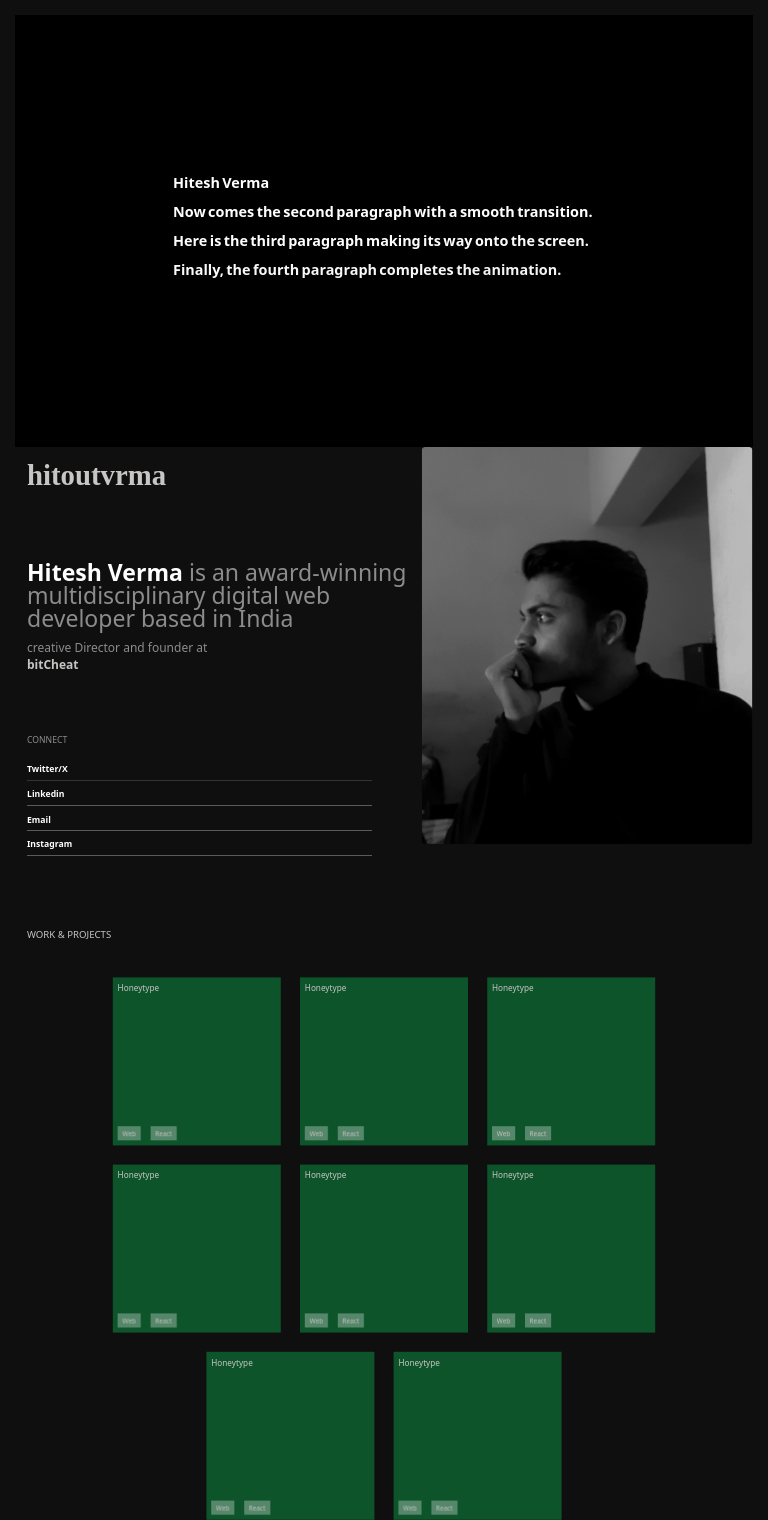
Repository: hitoutvrma/portfolio
Page: /
An editor plug-in stored every save of this project. The page is shown before and after the next save, followed by the edit.
The browser window is 1280 px wide. The pictures show the whole page, at 60% of full size.
The project was rebuilt for these pictures with package versions that can differ from the ones it lists, and the page was loaded fresh each time. Also part of the build but not shown: vite.config.js.

Above is the page before, as saved 2025-03-08 11:19:58.

### src/index.css
@import "tailwindcss";
body{
    background-color: #0f0f0f;
    color: #c8c6c4;
    padding: 25px;
}

### src/App.jsx
import React from 'react'
import Front from './Components/Front'
import Work from './Components/Work'
import AnimatedParagraph from './Components/AnimatedParagraph'

function App() {
  return (
    <div className=''>
      <AnimatedParagraph/>
      <Front/>
      <Work/>
    </div>
  )
}

export default App

### src/Components/Front.jsx
import React from 'react'
import {animate, hover, motion} from 'framer-motion'
import AnimatedParagraph from './AnimatedParagraph'
function Front() {
  return (
    <div className='sm:h-screen md:h-screen'>
    <div className="sm:flex">
      <div className='hero sm:p-5 sm:text-[3vw] text-[8vw]  sm:w-[53vw]'>
      <logo className='text-4xl sm:text-5xl font-semibold font-[serif]'>hitoutvrma</logo>
        <p className='mt-28 leading-none text-[#8c8c8c]'><span className='text-white font-semibold'>Hitesh Verma</span> is an award-winning multidisciplinary digital web developer based in India</p>

        <div className='text-xl pt-4'>
          <p className='text-[#8c8c8c]'>creative Director and founder at </p>
          <p className='font-semibold'>bitCheat</p>
          {/* <AnimatedParagraph/> */}
        </div>
        <motion.div initial={{opacity:0.1, scaleY:0.5}} animate={{opacity:1, scaleY:1}} transition={{duration:1}} className=' flex sm:text-[2vh] sm:pb-0 pb-12 text-[1.8vh]  sm:pt-25 pt-28 flex-col sm:gap-3 gap-1'>
          <p className='text-[#8c8c8c] pb-4 text-[1.6vh]  sm:text-[2vh]'>CONNECT</p>
          <motion.div
        className="relative w-[90%]  font-bold text-white text-md cursor-pointer"
        initial="initial"
        whileHover="hover"
      >
        <p className='pb-2'>Twitter/X</p>

        {/* Static Gray Line */}
        <div className="absolute left-0 bottom-0 w-full    h-[0.1vh] bg-[#4c4c4c]"></div>

        {/* Animated Green Line */}
        <motion.div
          className="absolute left-0 bottom-0 h-[2px] bg-green-400"
          variants={{
            initial: { width: "0%" },
            hover: { width: "100%" },
            exit: {width: "0%"}
          }}
          transition={{hover: { duration: 2, ease: "easeInOut" },
          exit: { duration: 0.01 } }}
        />
      </motion.div>

      <motion.div
        className="relative w-[90%]  font-bold text-white text-md cursor-pointer"
        initial="initial"
        whileHover="hover"
      >
        <p className='pb-2'>Linkedin</p>

        {/* Static Gray Line */}
        <div className="absolute left-0 bottom-0 w-full    h-[0.1vh] bg-[#8c8c8c]"></div>

        {/* Animated Green Line */}
        <motion.div
          className="absolute left-0 bottom-0 h-[2px] bg-green-400"
          variants={{
            initial: { width: "0%" },
            hover: { width: "100%" },
            exit: {width: "0%"}
          }}
          transition={{hover: { duration: 2, ease: "easeInOut" },
          exit: { duration: 0.01 } }}
        />
      </motion.div>

      <motion.div
        className="relative w-[90%]  font-bold text-white text-md cursor-pointer"
        initial="initial"
        whileHover="hover"
      >
        <p className='pb-2'>Email</p>

        {/* Static Gray Line */}
        <div className="absolute left-0 bottom-0 w-full    h-[0.1vh] bg-[#8c8c8c]"></div>

        {/* Animated Green Line */}
        <motion.div
          className="absolute left-0 bottom-0 h-[2px] bg-green-400"
          variants={{
            initial: { width: "0%" },
            hover: { width: "100%" },
            exit: {width: "0%"}
          }}
          transition={{hover: { duration: 2, ease: "easeInOut" },
          exit: { duration: 0.01 } }}
        />
      </motion.div>

      <motion.div
        className="relative w-[90%]  font-bold text-white text-md cursor-pointer"
        initial="initial"
        whileHover="hover"
      >
        <p className='pb-2'>Instagram</p>

        {/* Static Gray Line */}
        <div className="absolute left-0 bottom-0 w-full    h-[0.1vh] bg-[#8c8c8c]"></div>

        {/* Animated Green Line */}
        <motion.div
          className="absolute left-0 bottom-0 h-[2px] bg-green-400"
          variants={{
            initial: { width: "0%" },
            hover: { width: "100%" },
            exit: {width: "0%"}
          }}
          transition={{hover: { duration: 2, ease: "easeInOut" },
          exit: { duration: 0.01 } }}
        />
      </motion.div>
        </motion.div>
        </div>
        <motion.div initial={{scale:0.6}} transition={{duration:1.5, delay:1}} animate={{scale:1}} style={{ backgroundImage: "url('/user.jpg')" }} className='bg-cover sm:bg-[center_top_60%] bg-[center_top_80%] w-[95%] h-[50vh] sm:w-[43vw] sm:h-[92vh]  bg-[#3a3a3a] rounded-md'>
        </motion.div>
      </div>
        </div>
  )
}

export default Front

### src/Components/Work.jsx
import React from 'react'
import Card from './Card'

function Work() {
  return (
    <div className='h-screen sm:p-5 '>
      <div className='pt-15  pb-15'><p>WORK & PROJECTS</p></div>
      <div className='flex flex-wrap items-center justify-center gap-8'>
        <Card/>
        <Card/>
        <Card/>
        <Card/>
        <Card/>
        <Card/>
        <Card/>
        <Card/>
      </div>
    </div>
  )
}

export default Work

### src/Components/AnimatedParagraph.jsx
import { motion } from "framer-motion";

export default function AnimatedParagraph() {
  const paragraphs = [
    "Hitesh Verma",
    "Now comes the second paragraph with a smooth transition.",
    "Here is the third paragraph making its way onto the screen.",
    "Finally, the fourth paragraph completes the animation."
  ];

  return (
    <div className="flex justify-center items-center h-screen bg-black text-white p-10 flex-col">
      <motion.div
        initial="hidden"
        animate="visible"
        variants={{
          visible: { transition: { staggerChildren: 0.5 } }, // Each paragraph appears one after another
        }}
      >
        {paragraphs.map((text, i) => (
          <motion.p
            key={i}
            className="text-2xl font-semibold mb-4"
            variants={{
              hidden: {},
              visible: { transition: { staggerChildren: 0.05 } }, // Words inside appear with delay
            }}
          >
            {text.split(" ").map((word, index) => (
              <motion.span
                key={index}
                className="mr-1 inline-block"
                variants={{
                  hidden: { opacity: 0.05,x:-4 },
                  visible: { opacity: 1,x:0 },
                }}
                transition={{ duration: 5 }}
              >
                {word}
              </motion.span>
            ))}
          </motion.p>
        ))}
      </motion.div>
    </div>
  );
}

### src/Components/Card.jsx
function Card() {
  return (
    <div className="bg-green-900 relative h-90 sm:h-70 sm:w-70 w-90 card">
            <h1 className='p-2 text-[1.9vh]'>Honeytype</h1>
            <footer className='bottom-0  absolute'>
                <button className='m-2 px-2 py-1 backdrop-blur-xl bg-white/30   text-[1.5vh] '>Web</button>
                <button className='m-2 px-2 py-1 backdrop-blur-xl bg-white/30  text-[1.5vh] '>React</button>
                </footer>
        </div>
  )
}

export default Card

Loaded but not shown: index.html (common file); src/main.jsx (common file)

After the next save:
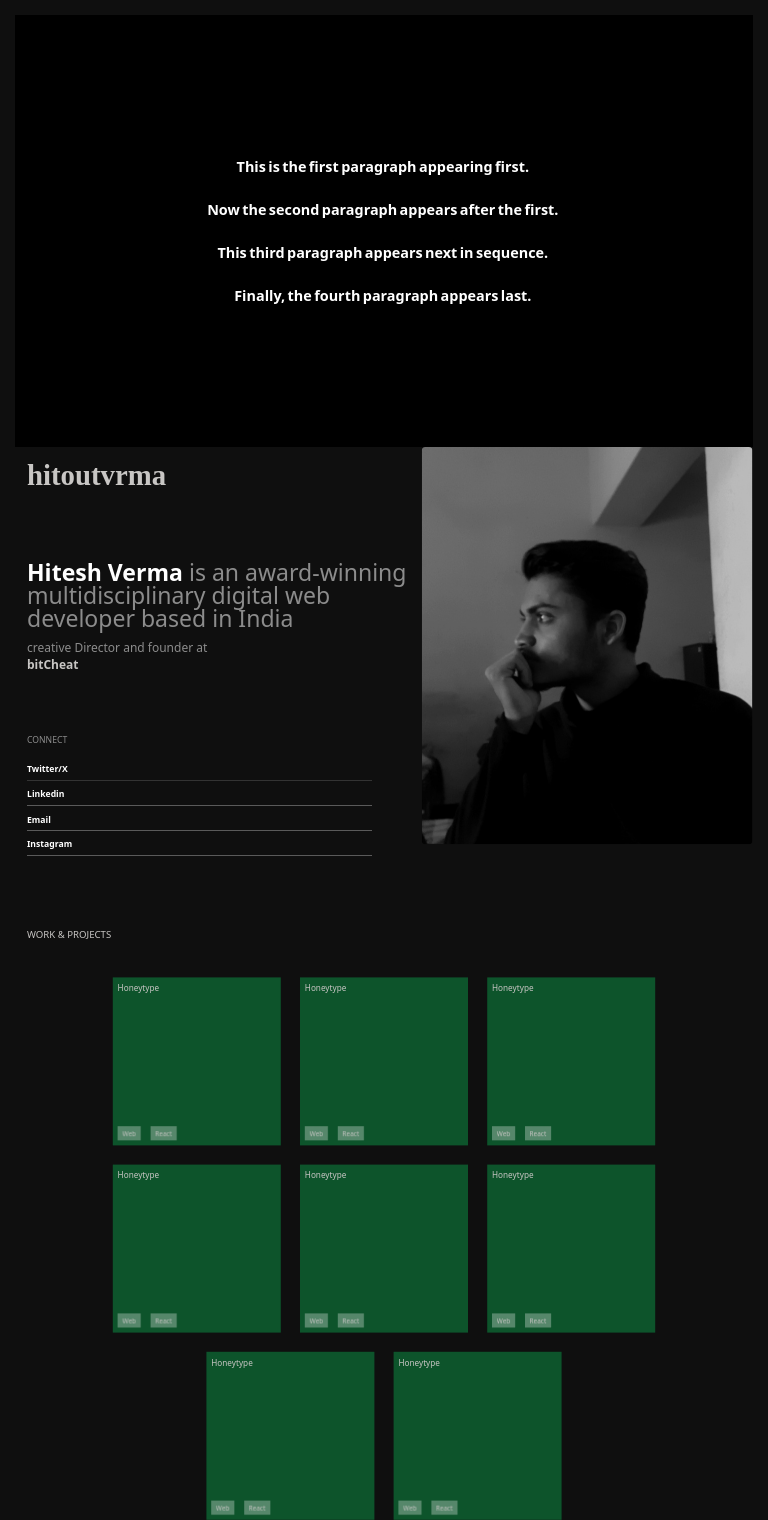
Saved 5 min 38 s later.
--- a/src/Components/AnimatedParagraph.jsx
+++ b/src/Components/AnimatedParagraph.jsx
@@ -1,47 +1,76 @@
 import { motion } from "framer-motion";
 
-export default function AnimatedParagraph() {
-  const paragraphs = [
-    "Hitesh Verma",
-    "Now comes the second paragraph with a smooth transition.",
-    "Here is the third paragraph making its way onto the screen.",
-    "Finally, the fourth paragraph completes the animation."
-  ];
-
+export default function AnimatedParagraphs() {
   return (
-    <div className="flex justify-center items-center h-screen bg-black text-white p-10 flex-col">
-      <motion.div
+    <div className="h-screen bg-black text-white flex flex-col items-center justify-center space-y-10 p-10">
+      {/* First Paragraph */}
+      <motion.p
+        className="text-2xl font-semibold first-para"
         initial="hidden"
         animate="visible"
         variants={{
-          visible: { transition: { staggerChildren: 0.5 } }, // Each paragraph appears one after another
+          hidden: { opacity: 0, y: 20 },
+          visible: { opacity: 1, y: 0, transition: { delay: 0 } }, // First appears immediately
         }}
       >
-        {paragraphs.map((text, i) => (
-          <motion.p
-            key={i}
-            className="text-2xl font-semibold mb-4"
-            variants={{
-              hidden: {},
-              visible: { transition: { staggerChildren: 0.05 } }, // Words inside appear with delay
-            }}
-          >
-            {text.split(" ").map((word, index) => (
-              <motion.span
-                key={index}
-                className="mr-1 inline-block"
-                variants={{
-                  hidden: { opacity: 0.05,x:-4 },
-                  visible: { opacity: 1,x:0 },
-                }}
-                transition={{ duration: 5 }}
-              >
-                {word}
-              </motion.span>
-            ))}
-          </motion.p>
-        ))}
-      </motion.div>
+        {splitText("This is the first paragraph appearing first.")}
+      </motion.p>
+
+      {/* Second Paragraph */}
+      <motion.p
+        className="text-2xl font-semibold second-para"
+        initial="hidden"
+        animate="visible"
+        variants={{
+          hidden: { opacity: 0, y: 20 },
+          visible: { opacity: 1, y: 0, transition: { delay: 1 } }, // Appears after first
+        }}
+      >
+        {splitText("Now the second paragraph appears after the first.")}
+      </motion.p>
+
+      {/* Third Paragraph (Appears Third) */}
+      <motion.p
+        className="text-2xl font-semibold third-para"
+        initial="hidden"
+        animate="visible"
+        variants={{
+          hidden: { opacity: 0, y: 20 },
+          visible: { opacity: 1, y: 0, transition: { delay: 2 } }, // Appears after second
+        }}
+      >
+        {splitText("This third paragraph appears next in sequence.")}
+      </motion.p>
+
+      {/* Fourth Paragraph (Appears Fourth) */}
+      <motion.p
+        className="text-2xl font-semibold fourth-para"
+        initial="hidden"
+        animate="visible"
+        variants={{
+          hidden: { opacity: 0, y: 20 },
+          visible: { opacity: 1, y: 0, transition: { delay: 3 } }, // Appears last
+        }}
+      >
+        {splitText("Finally, the fourth paragraph appears last.")}
+      </motion.p>
     </div>
   );
 }
+
+// Function to split text into animated words
+const splitText = (text) => {
+  return text.split(" ").map((word, index) => (
+    <motion.span
+      key={index}
+      className="mr-1 inline-block"
+      variants={{
+        hidden: { opacity: 0.05, y: 15 },
+        visible: { opacity: 1, y: 0 },
+      }}
+      transition={{ duration: 0.4, delay: index * 0.05 }}
+    >
+      {word}
+    </motion.span>
+  ));
+};

After the save that followed:
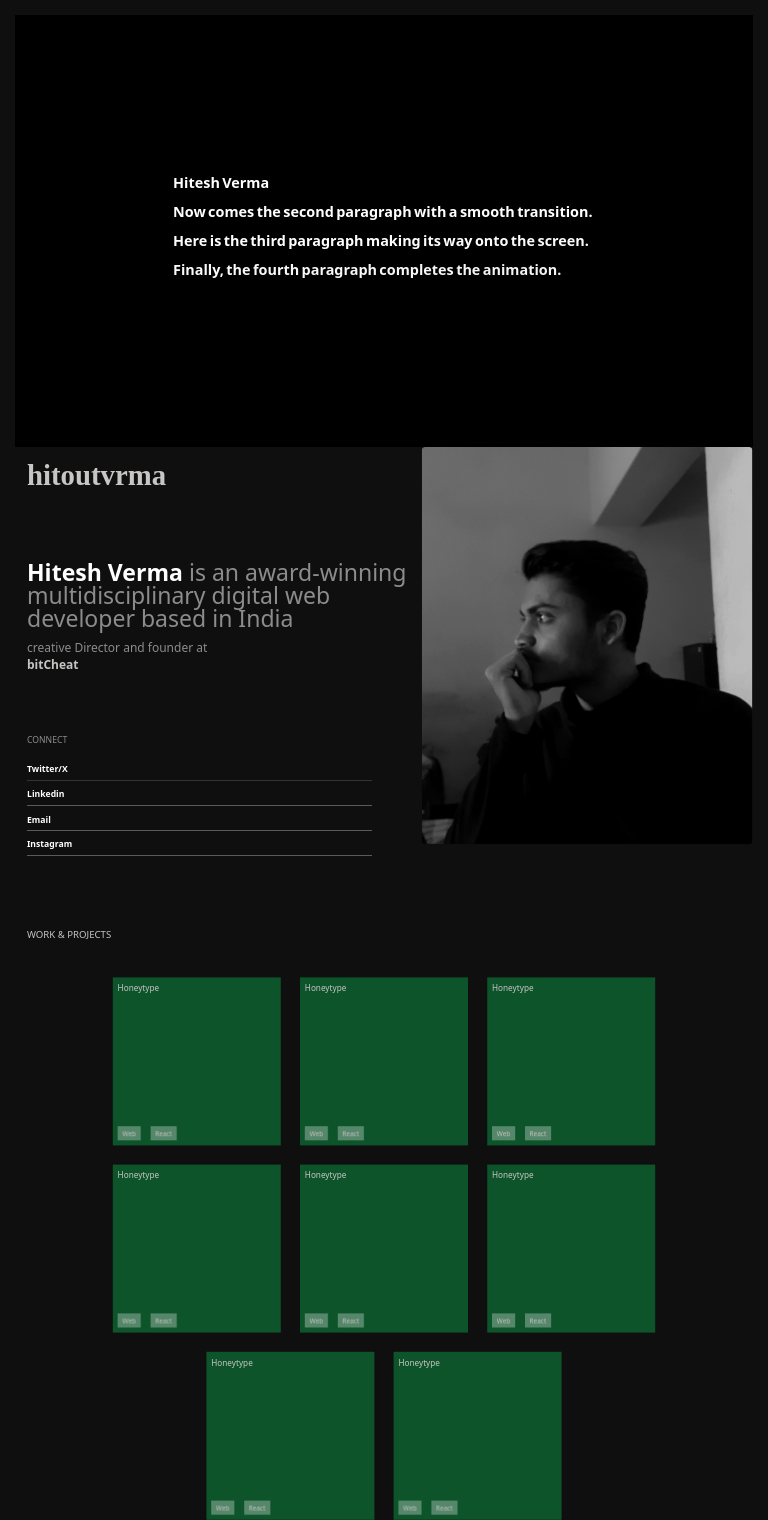
Saved 12 s later.
--- a/src/Components/AnimatedParagraph.jsx
+++ b/src/Components/AnimatedParagraph.jsx
@@ -1,76 +1,47 @@
 import { motion } from "framer-motion";
 
-export default function AnimatedParagraphs() {
+export default function AnimatedParagraph() {
+  const paragraphs = [
+    "Hitesh Verma",
+    "Now comes the second paragraph with a smooth transition.",
+    "Here is the third paragraph making its way onto the screen.",
+    "Finally, the fourth paragraph completes the animation."
+  ];
+
   return (
-    <div className="h-screen bg-black text-white flex flex-col items-center justify-center space-y-10 p-10">
-      {/* First Paragraph */}
-      <motion.p
-        className="text-2xl font-semibold first-para"
+    <div className="flex justify-center items-center h-screen bg-black text-white p-10 flex-col">
+      <motion.div
         initial="hidden"
         animate="visible"
         variants={{
-          hidden: { opacity: 0, y: 20 },
-          visible: { opacity: 1, y: 0, transition: { delay: 0 } }, // First appears immediately
+          visible: { transition: { staggerChildren: 0.5 } }, // Each paragraph appears one after another
         }}
       >
-        {splitText("This is the first paragraph appearing first.")}
-      </motion.p>
-
-      {/* Second Paragraph */}
-      <motion.p
-        className="text-2xl font-semibold second-para"
-        initial="hidden"
-        animate="visible"
-        variants={{
-          hidden: { opacity: 0, y: 20 },
-          visible: { opacity: 1, y: 0, transition: { delay: 1 } }, // Appears after first
-        }}
-      >
-        {splitText("Now the second paragraph appears after the first.")}
-      </motion.p>
-
-      {/* Third Paragraph (Appears Third) */}
-      <motion.p
-        className="text-2xl font-semibold third-para"
-        initial="hidden"
-        animate="visible"
-        variants={{
-          hidden: { opacity: 0, y: 20 },
-          visible: { opacity: 1, y: 0, transition: { delay: 2 } }, // Appears after second
-        }}
-      >
-        {splitText("This third paragraph appears next in sequence.")}
-      </motion.p>
-
-      {/* Fourth Paragraph (Appears Fourth) */}
-      <motion.p
-        className="text-2xl font-semibold fourth-para"
-        initial="hidden"
-        animate="visible"
-        variants={{
-          hidden: { opacity: 0, y: 20 },
-          visible: { opacity: 1, y: 0, transition: { delay: 3 } }, // Appears last
-        }}
-      >
-        {splitText("Finally, the fourth paragraph appears last.")}
-      </motion.p>
+        {paragraphs.map((text, i) => (
+          <motion.p
+            key={i}
+            className="text-2xl font-semibold mb-4"
+            variants={{
+              hidden: {},
+              visible: { transition: { staggerChildren: 0.05 } }, // Words inside appear with delay
+            }}
+          >
+            {text.split(" ").map((word, index) => (
+              <motion.span
+                key={index}
+                className="mr-1 inline-block"
+                variants={{
+                  hidden: { opacity: 0.05,x:-4 },
+                  visible: { opacity: 1,x:0 },
+                }}
+                transition={{ duration: 5 }}
+              >
+                {word}
+              </motion.span>
+            ))}
+          </motion.p>
+        ))}
+      </motion.div>
     </div>
   );
 }
-
-// Function to split text into animated words
-const splitText = (text) => {
-  return text.split(" ").map((word, index) => (
-    <motion.span
-      key={index}
-      className="mr-1 inline-block"
-      variants={{
-        hidden: { opacity: 0.05, y: 15 },
-        visible: { opacity: 1, y: 0 },
-      }}
-      transition={{ duration: 0.4, delay: index * 0.05 }}
-    >
-      {word}
-    </motion.span>
-  ));
-};
